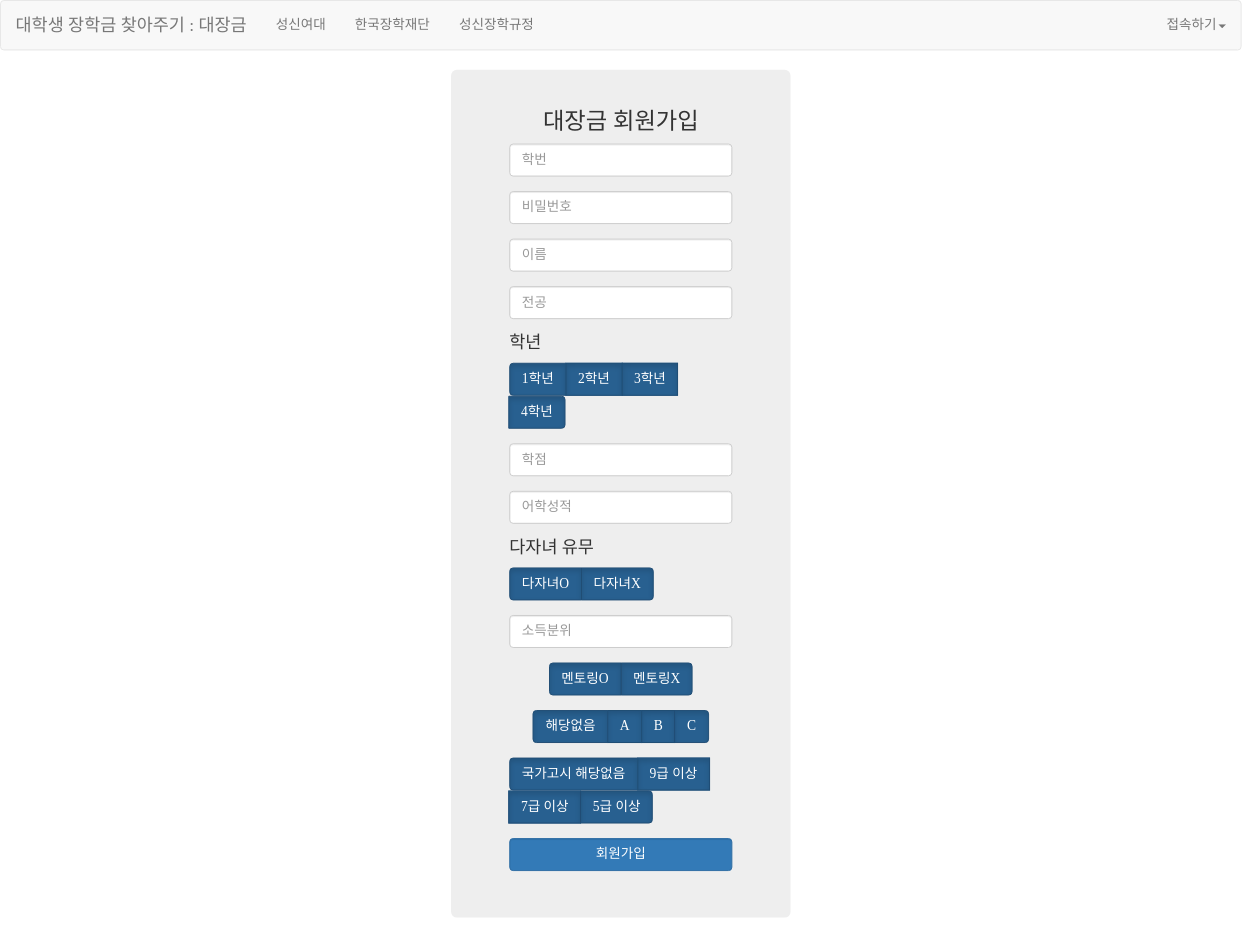
Repository: jiwon-214/DJG
Page: http://localhost/DJG/join.jsp
These files come from the project's save history. The page is drawn as it stood at one moment and after the next save; the edit follows.
The browser window is 1280 px wide. The pictures show the whole page, at 97% of full size.
Some web fonts or font styles are not loaded; a fallback is used. Some web libraries are served in a nearby version. The page is served by Tomcat 9. Other server files are loaded and not shown.

Above is the page before, as saved 2022-01-04 18:45:36.

### DJG/WebContent/join.jsp
<%@ page language="java" contentType="text/html; charset=UTF-8"
    pageEncoding="UTF-8"%>
<!DOCTYPE html>
<html>
<head>
<meta charset="UTF-8">
<meta name = "viewport" content = "width=divice-width", initial-scale="1">
<link rel = "stylesheet" href = "css/bootstrap.css">
<link rel = "stylesheet" href = "css/custom.css">
<title>대장금</title>
</head>
<body>
	<nav class ="navbar navbar-default">
		<div class = "navbar-header">
			<button type = "button" class = "navbar-toggle collapsed"
				data-toggle = "collapse" data-target = "#bs-example-navbar-collapse-1"
				aria-expanded="false">
				<span class = "icon-bar"></span>
				<span class = "icon-bar"></span>
				<span class = "icon-bar"></span>
			</button>
			<a class="navbar-brand" href = "main.jsp">대학생 장학금 찾아주기 : 대장금</a>
		</div>
		<div class="collapse navbar-collapse" id="bs-example-navbar-collapse-1">
			<ul class = "nav navbar-nav">
				<li><a href="https://portal.sungshin.ac.kr/sso/login.jsp">성신여대</a></li>
				<li><a href="http://www.kosaf.go.kr/">한국장학재단</a></li>
				<li><a href="https://rule.sungshin.ac.kr/service/law/lawView.do?seq=95&historySeq=0&gubun=cur&tree=part">성신장학규정</a></li>
			</ul>
			<ul class="nav navbar-nav navbar-right">
				<li class="dropdown">
					<a href="#" class="dropdown-toggle"
						data-toggle="dropdown" role="button" aria-haspopup="true"
						aria-expanded="false">접속하기<span class="caret"></span></a>
					<ul class="dropdown-menu">
						<li><a href = "login.jsp">로그인 </a></li>
						<li class="active"><a href="join.jsp">회원가입</a></li>
					</ul>
				</li>
			</ul>
		</div>
	</nav>
	<div class="container">
      <div class="col-lg-4"></div>
      <div class="col-lg-4">
         <div class="jumbotron" style="padding-top:20px;">
            <form method="post" action="joinAction.jsp">
               <h3 style="text-align:center;">대장금 회원가입</h3>
               <div class="form-group">
                  <input type="text" class="form-control" placeholder="학번" name="userID" maxlength="10">
               </div>
               <div class="form-group">
                  <input type="password" class="form-control" placeholder="비밀번호" name="userPassword" maxlength="20">
               </div>
               <div class="form-group">
                  <input type="text" class="form-control" placeholder="이름" name="userName" maxlength="20">
               </div>
               <div class="form-group">
                  <input type="text" class="form-control" placeholder="전공" name="userMajor" maxlength="20">
               </div>

               <div class="form-group">
               <h4>학년</h4>
                  <div class="btn-group" data-toggle="buttons" style="text-align:center;">
                     <label class="btn btn-primary active">
                        <input type = "radio" name="userYear" autocomplete="off" value="1" checked>1학년
                     </label>
                     <label class="btn btn-primary active">
                        <input type = "radio" name="userYear" autocomplete="off" value="2">2학년
                     </label>
                     <label class="btn btn-primary active">
                        <input type = "radio" name="userYear" autocomplete="off" value="3">3학년
                     </label>
                     <label class="btn btn-primary active">
                        <input type = "radio" name="userYear" autocomplete="off" value="4">4학년
                     </label>
                  </div>
               </div>
               <div class="form-group">
                  <input type="text" class="form-control" placeholder="학점" name="userGrade" maxlength="10">
               </div>
               <div class="form-group">
                  <input type="text" class="form-control" placeholder="어학성적" name="userLgrade" maxlength="10">
               </div>
               <div class="form-group">
               <h4>다자녀 유무</h4>
                  <div class="btn-group" data-toggle="buttons" style="text-align:center;">
                     <label class="btn btn-primary active">
                        <input type = "radio" name ="userMchild" autocomplete="off" value="cO" checked>다자녀O
                     </label>
                     <label class="btn btn-primary active">
                        <input type = "radio" name ="userMchild" autocomplete="off" value="cX">다자녀X
                     </label>
                  </div>
               </div>
               <div class="form-group">
                  <input type="text" class="form-control" placeholder="소득분위" name="userIncome" maxlength="10">
               </div>

               <div class="form-group" style="text-align:center;">
                  <div class="btn-group" data-toggle="buttons">
                     <label class="btn btn-primary active">
                        <input type="radio" name="userMentor" autocomplete="off" value="mO" checked>멘토링O
                     </label>
                     <label class="btn btn-primary active">
                        <input type = "radio" name="userMentor" autocomplete="off" value="mX">멘토링X
                     </label>
                  </div>
               </div>
               <div class="form-group" style="text-align:center;">
                  <div class="btn-group" data-toggle="buttons">
                     <label class="btn btn-primary active">
                        <input type="radio" name="userVol" autocomplete="off" value="Vx" checked>해당없음
                     </label>
                     <label class="btn btn-primary active">
                        <input type="radio" name="userVol" autocomplete="off" value="Va">A
                     </label>
                     <label class="btn btn-primary active">
                        <input type="radio" name="userVol" autocomplete="off" value="Vb">B
                     </label>
                     <label class="btn btn-primary active">
                        <input type="radio" name="userVol" autocomplete="off" value="Vc">C
                     </label>
                  </div>
               </div>
               <div class="form-group" style="text-align:center;">
                  <div class="btn-group" data-toggle="buttons">
                     <label class="btn btn-primary active">
                        <input type="radio" name="userExam" autocomplete="off" value="Ex" checked>국가고시 해당없음
                     </label>
                     <label class="btn btn-primary active">
                        <input type="radio" name="userExam" autocomplete="off" value="E9">9급 이상
                     </label>
                     <label class="btn btn-primary active">
                        <input type="radio" name="userExam" autocomplete="off" value="E7">7급 이상
                     </label>
                     <label class="btn btn-primary active">
                        <input type="radio" name="userExam" autocomplete="off" value="E5">5급 이상
                     </label>
                  </div>
               </div>
               <input type="submit" class="btn btn-primary form-control" value="회원가입">
            </form>
         </div>
      </div>
      <div class="col-lg-4"></div>
   </div>
		<div class="col-lg-4"></div>
	</div>
	<script src = "https://code.jquery.com/jquery-3.1.1.min.js"></script>
	<script src = "js/bootstrap.js"></script>
</body>
</html>

### DJG/WebContent/css/custom.css
@import url(http://fonts.googleapis.com/earlyaccess/nanumgothic.css);
@import url(http://fonts.googleapis.com/earlyaccess/hanna.css);
* {
	font-family : 'Nanum Gothic';
}
h1 {
	font-famaily : 'Hanna';
}

Loaded but not shown: DJG/WebContent/css/bootstrap.css (library); DJG/WebContent/js/bootstrap.js (library)

After the next save:
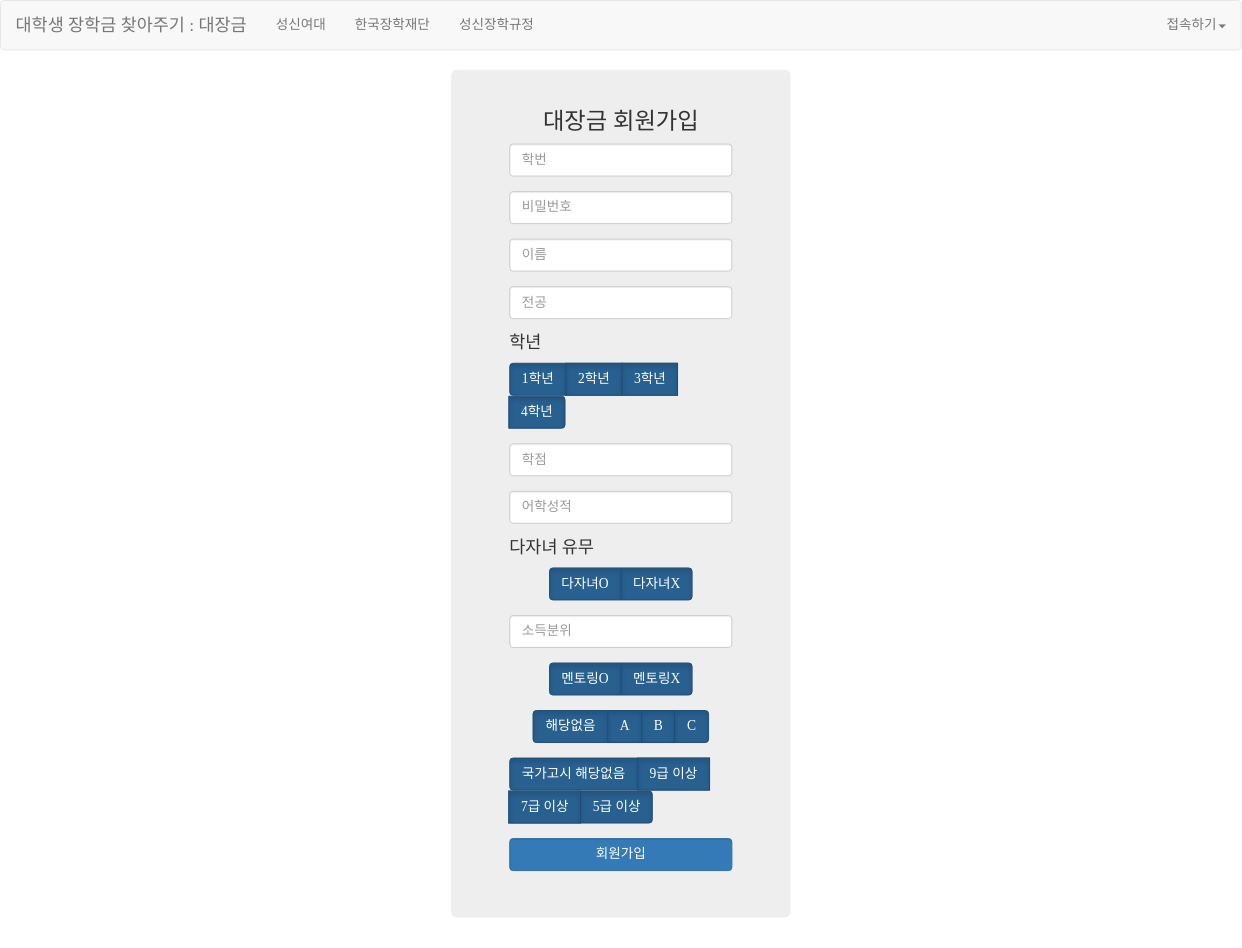
Saved 72 s later.
--- a/DJG/WebContent/join.jsp
+++ b/DJG/WebContent/join.jsp
@@ -59,9 +59,9 @@
                   <input type="text" class="form-control" placeholder="전공" name="userMajor" maxlength="20">
                </div>
 
-               <div class="form-group">
                <h4>학년</h4>
-                  <div class="btn-group" data-toggle="buttons" style="text-align:center;">
+               <div class="form-group" style="text-align:center;">
+                  <div class="btn-group" data-toggle="buttons">
                      <label class="btn btn-primary active">
                         <input type = "radio" name="userYear" autocomplete="off" value="1" checked>1학년
                      </label>
@@ -76,15 +76,18 @@
                      </label>
                   </div>
                </div>
+
                <div class="form-group">
                   <input type="text" class="form-control" placeholder="학점" name="userGrade" maxlength="10">
                </div>
+
                <div class="form-group">
                   <input type="text" class="form-control" placeholder="어학성적" name="userLgrade" maxlength="10">
                </div>
-               <div class="form-group">
+
                <h4>다자녀 유무</h4>
-                  <div class="btn-group" data-toggle="buttons" style="text-align:center;">
+               <div class="form-group" style="text-align:center;">
+                  <div class="btn-group" data-toggle="buttons">
                      <label class="btn btn-primary active">
                         <input type = "radio" name ="userMchild" autocomplete="off" value="cO" checked>다자녀O
                      </label>
